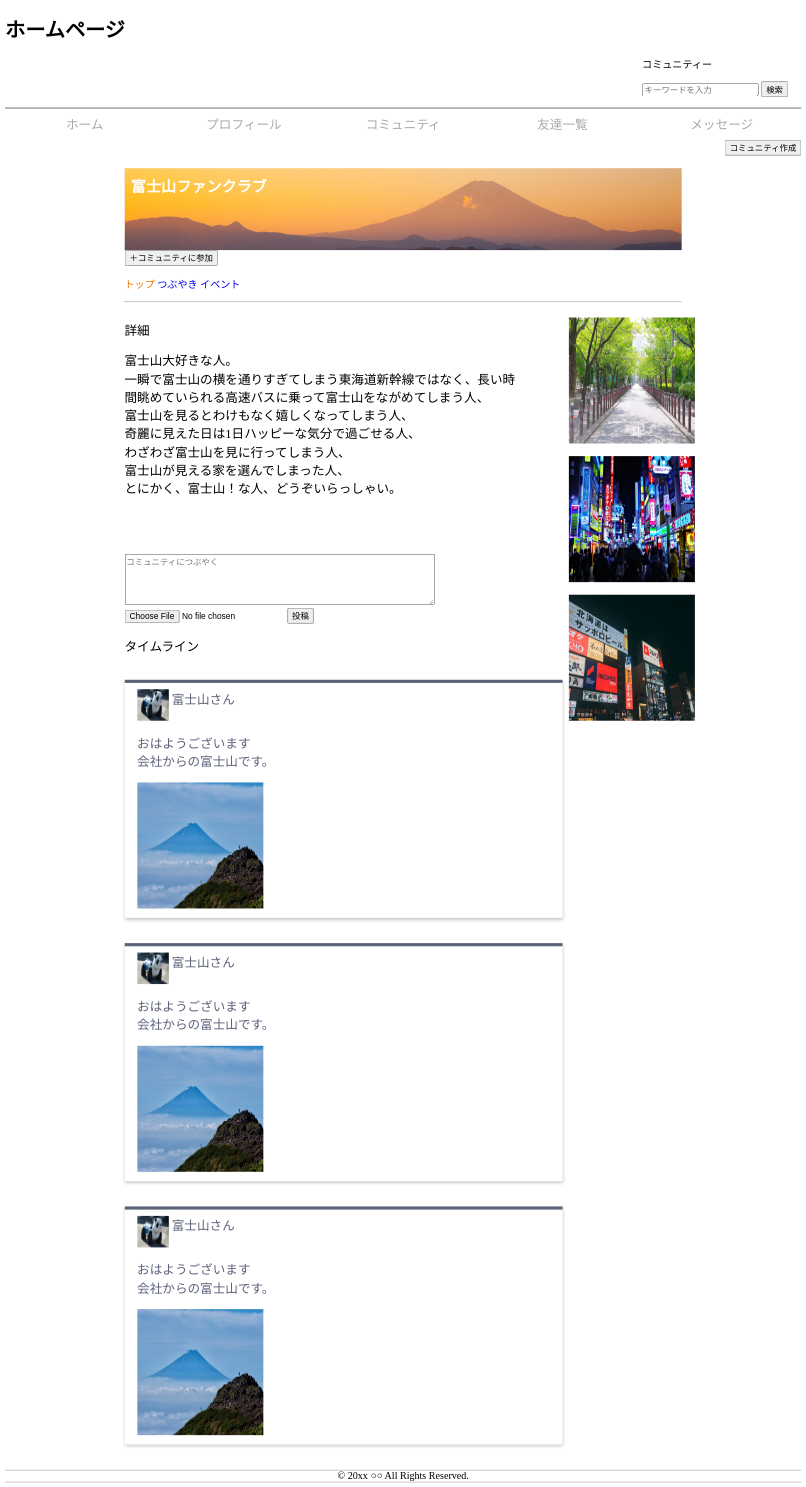
Repository: yuukiabc/samurai_PHP
Page: CMTP.html
The author's editor kept a record of every edit. The page is drawn from the files as they stood at one moment, then again after the next edit.
The browser window is 1280 px wide. The pictures show the whole page, at 63% of full size.

Above is the page before.

### CMTP.html
<!DOCTYPE html>
<html>
    <head><meta charset="UTF-8">
        <title>sns</title>
        <link rel="stylesheet"type="text/css"href="CMTP.css">
    </head>
    <body>

            <div class="f">
                <h1>ホームページ</h1>
                <div class="e">
                    <p>コミュニティー</p>
                    <input type="search" name="search" placeholder="キーワードを入力">
                    <input type="submit" name="submit" value="検索">
                </div>
            </div>

            <div class="d">
                <ul>
                    <li><a href="HP.html">ホーム</a></li>
                    <li><a href="PF.html">プロフィール</a></li>
                    <li><a href="CM.html">コミュニティ</a></li>
                    <li><a href="Friends list.html">友達一覧</a></li>
                    <li><a href="message.html">メッセージ</a></li>
                </ul>
            </div>
            <div class="h">
            <div align='right'class="i">
                <input type="submit" value="コミュニティ作成">
            </div>

            <div class="j">
                <h2>富士山ファンクラブ</h2>
            </div>
            <div class="k">
            <button type=“button” onclick="location.href='#'">＋コミュニティに参加</button>
            <p>
                <a href="CMT.html"><span>トップ</span></a><a href="CMT.html"> つぶやき</a><a href="CMI.html"> イベント</a>
            </p>
            <hr>
            </div>
            <div class="c">
                <p>
                <p>詳細</p>

                    富士山大好きな人。<br>
                    一瞬で富士山の横を通りすぎてしまう東海道新幹線ではなく、長い時<br>
                    間眺めていられる高速バスに乗って富士山をながめてしまう人、<br>
                    富士山を見るとわけもなく嬉しくなってしまう人、<br>
                    奇麗に見えた日は1日ハッピーな気分で過ごせる人、<br>
                    わざわざ富士山を見に行ってしまう人、<br>
                    富士山が見える家を選んでしまった人、<br>
                    とにかく、富士山！な人、どうぞいらっしゃい。
                </p>
                <form action="cgi-bin/formmail.cgi" method="post">
                    <textarea id="comment" name="comment"placeholder="コミュニティにつぶやく"rows="5"></textarea>
                    <input type="file" name="example1">
                    <input type="submit" value="投稿">
                </form>
                <p>タイムライン</p>
                <div class="kakomi-box8">
                    <img src="3.jpg"alt="写真"width="50" height="50"align="top">
                    富士山さん
                    <p>
                        おはようございます<br>
                        会社からの富士山です。
                    </p>
                    <img src="1.jpg"alt="写真"width="200" height="200">

                </div>
                <div class="kakomi-box8">
                    <img src="3.jpg"alt="写真"width="50" height="50"align="top">
                    富士山さん
                    <p>
                        おはようございます<br>
                        会社からの富士山です。
                    </p>
                    <img src="1.jpg"alt="写真"width="200" height="200">

                </div>
                <div class="kakomi-box8">
                    <img src="3.jpg"alt="写真"width="50" height="50"align="top">
                    富士山さん
                    <p>
                        おはようございます<br>
                        会社からの富士山です。
                    </p>
                    <img src="1.jpg"alt="写真"width="200" height="200">

                </div>
            </div>
            <div class="a">
                <p>
                    <img src="8.jpg"alt="写真">
                </p>
                <p>
                    <img src="9.jpg"alt="写真">
                </p>
                <p>
                    <img src="10.jpg"alt="写真">
                </p>
            </div>
        </div>
        <div class="g">
            <p>&copy; 20xx ○○ All Rights Reserved.</p>
        </div>
    </body>
</html>

### CMTP.css
span{
    color:#ee7800;
}
a {
text-decoration: none;
}
.f{
    border-bottom: 1px solid #2b2b2b;
    height:150px;
}
.f a {
  margin-left: 10%;
  text-decoration: none;
  font-size: 20px;
  color: #4169e1;
}
.e{
    margin-left:80%;
}
.d{
    align-content: center;
    width: 100%;
    display: block;
    margin-left: auto;
    margin-right: auto;
    overflow: hidden;

}
.d ul{
    list-style-type:none;
    padding:0;
    margin:0;
}
.d ul li{
    float: left;
    text-align:center;
    width:20%;
}
.d ul li a{

    display:block;
    height:20px;
    padding:10px;
    text-decoration: none;
    color:#a9a9a9;
    font-size:20px;
    margin:0;
}
.d ul li a:hover{
    filter:drop-shadow(10px 10px 10px black);
}
.menu{
    border-top: 1px solid #2b2b2b;
}
.h{
    overflow: hidden;


}
.a{
    height:100%;
    width:15%;
    float:left;
    padding-left:10px;
    box-sizing: border-box;
}
.a img{
    height:200px;
    width:200px;
}
.g{
    border-top: 1px solid #a9a9a9;
    border-bottom: 1px solid #a9a9a9;
    text-align:center;
}
.g p{
    margin:0;
}
.c{
    height:100%;
    width:55%;
    float:left;

    padding-left:15%;
    font-size:20px;
}
.c form textarea{
    width:70%;
}
.c form{
    padding-top:10%;
}
.i{
    padding-top:10px;
}
.j{
    background-image:url("11.jpg");
    background-size:cover;
    background-position:60% 30%;
    margin-left:auto;
    margin-right:auto;
    height:130px;
    width:70%;
}
.j h2{
    color:white;
    padding-left:10px;
    padding-top:1%;
}

.k{
    padding-left:15%;
    padding-right:15%;
}
.kakomi-box8{
    padding: 0.5em 1em;
    margin: 2em 0;
    color: #5d627b;
    background: white;
    border-top: solid 5px #5d627b;
    box-shadow: 0 3px 5px rgba(0, 0, 0, 0.22);
}

After the next edit:
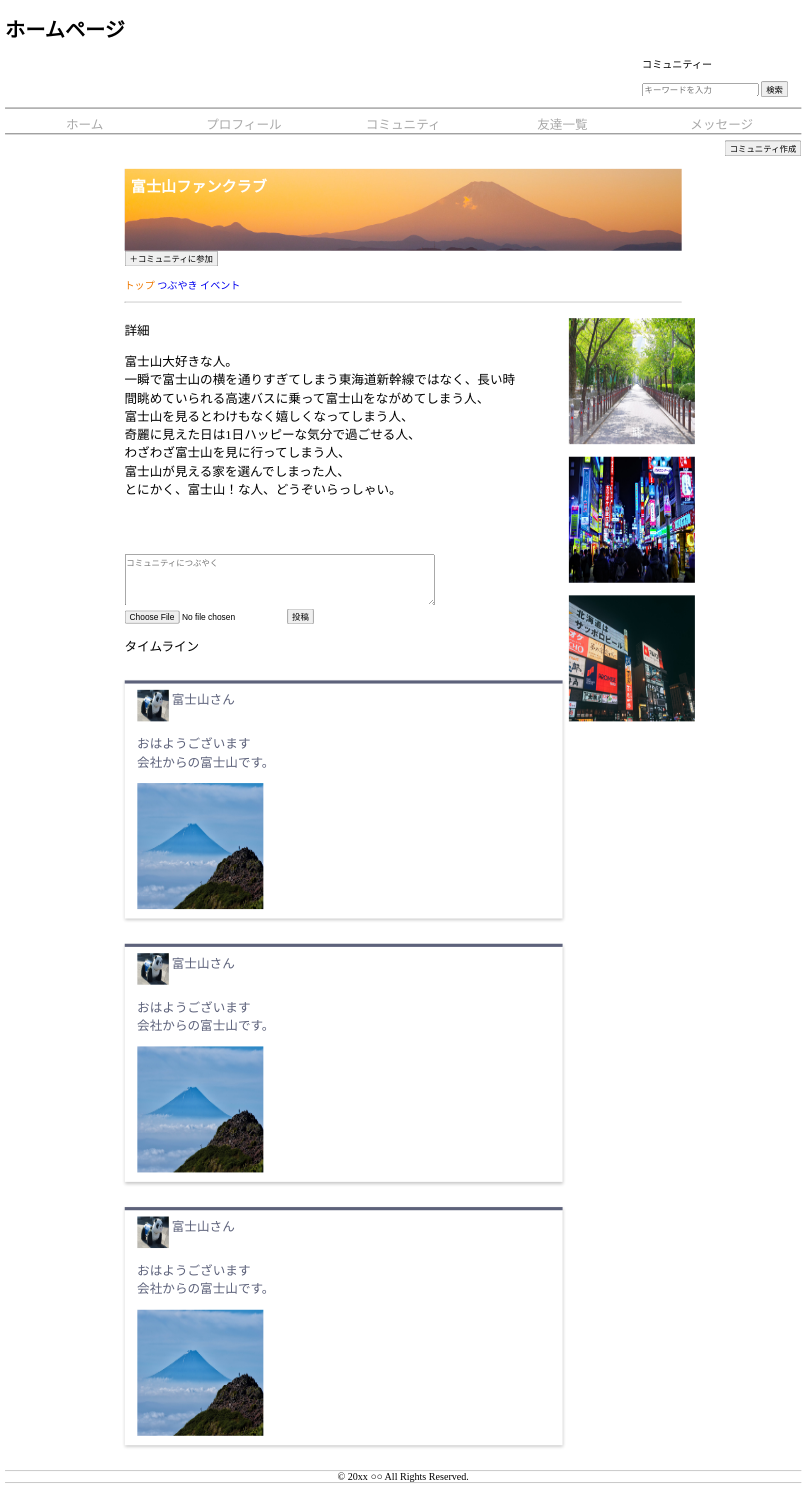
The edit:
--- a/CMTP.html
+++ b/CMTP.html
@@ -24,6 +24,7 @@
                     <li><a href="message.html">メッセージ</a></li>
                 </ul>
             </div>
+            <div class="menu"></div>
             <div class="h">
             <div align='right'class="i">
                 <input type="submit" value="コミュニティ作成">
